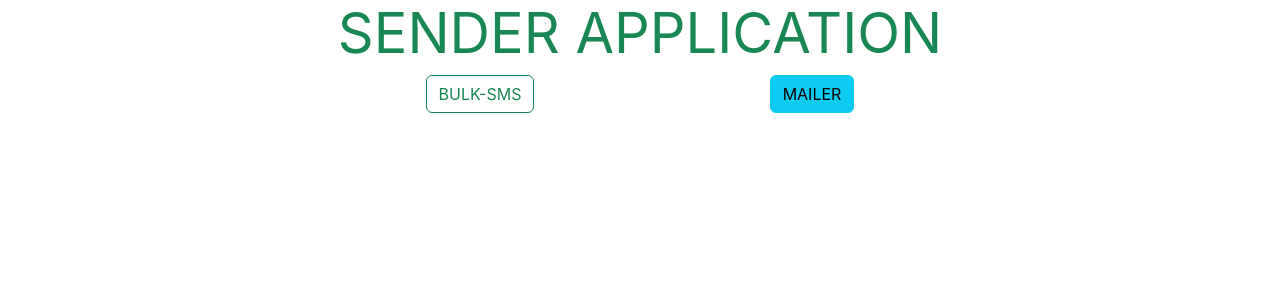
Repository: oluwaseyi9325/react-redux
Page: /mailer
An editor plug-in stored every save of this project. The page is shown before and after the next save, followed by the edit.
The browser window is 1280 px wide. The pictures show the whole page.
The project was rebuilt for these pictures with package versions that can differ from the ones it lists, and the page was loaded fresh each time. Also part of the build but not shown: src/Pages/Index.tsx, src/Pages/NotFond.tsx.

Above is the page before, as saved 2023-04-18 17:18:16.

### public/index.html
<!DOCTYPE html>
<html lang="en">

<head>
  <meta charset="utf-8" />
  <link rel="icon" href="%PUBLIC_URL%/favicon.ico" />
  <meta name="viewport" content="width=device-width, initial-scale=1" />
  <meta name="theme-color" content="#000000" />
  <meta name="description" content="Web site created using create-react-app" />
  <link rel="apple-touch-icon" href="%PUBLIC_URL%/logo192.png" />
  <link rel="manifest" href="%PUBLIC_URL%/manifest.json" />
  <link href="https://cdn.jsdelivr.net/npm/bootstrap@5.2.3/dist/css/bootstrap.min.css" rel="stylesheet" integrity="sha384-rbsA2VBKQhggwzxH7pPCaAqO46MgnOM80zW1RWuH61DGLwZJEdK2Kadq2F9CUG65" crossorigin="anonymous">
  <script src="https://cdn.jsdelivr.net/npm/bootstrap@5.2.3/dist/js/bootstrap.bundle.min.js" integrity="sha384-kenU1KFdBIe4zVF0s0G1M5b4hcpxyD9F7jL+jjXkk+Q2h455rYXK/7HAuoJl+0I4" crossorigin="anonymous"></script>
  <link rel="stylesheet" href="https://cdn.jsdelivr.net/npm/bootstrap-icons@1.10.3/font/bootstrap-icons.css">
  <title>SMS SENDER</title>
</head>

<body>
  <noscript>You need to enable JavaScript to run this app.</noscript>
  <div id="root"></div>
</body>

</html>

### src/index.tsx
import React from 'react';
import ReactDOM from 'react-dom/client';
import './index.css';
import App from './App';
import reportWebVitals from './reportWebVitals';
import { BrowserRouter } from 'react-router-dom';

const root = ReactDOM.createRoot(
  document.getElementById('root') as HTMLElement
);
root.render(
  <React.StrictMode>
    <BrowserRouter>
    <App />

    </BrowserRouter>
  </React.StrictMode>
);

// If you want to start measuring performance in your app, pass a function
// to log results (for example: reportWebVitals(console.log))
// or send to an analytics endpoint. Learn more: https://bit.ly/CRA-vitals
reportWebVitals();

### src/App.tsx
import React from 'react'
import { Route, Router, Routes } from 'react-router-dom'
import Index from './Pages/Index'
import Mailer from './Pages/Mailer'
import NotFond from './Pages/NotFond'

const App = () => {

  return (
    <>
    <Routes>
      <Route path='/' element={<Index/>} />
      <Route path='/mailer' element={<Mailer/>} />
      <Route path='*' element={<NotFond/>}/>
    </Routes>
    </>
  )
}

export default App

### src/Pages/Mailer.tsx
import React from 'react'
import NavBar from '../Components/NavBar'

const Mailer = () => {
  return (
    <div>
      <NavBar/>
    </div>
  )
}

export default Mailer

### src/Components/NavBar.tsx
import React from 'react'

const NavBar = () => {
  return (
    <>

      <div className='text-center col-6 mx-auto'>
        <h4 className='text-success display-4'><b>SENDER APPLICATION</b></h4>
        <div className='gap-4 d-flex justify-content-around'>
            <button className='btn btn-outline-success'>BULK-SMS</button>
            <button className='btn btn-info'>MAILER</button>
        </div>
      </div>

    </>
  )
}

export default NavBar

Loaded but not shown: src/index.css (common file); src/reportWebVitals.ts (common file)

After the next save:
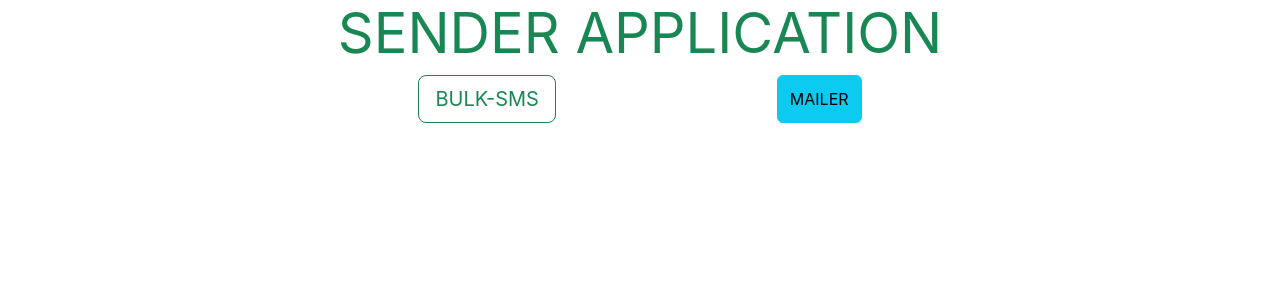
Saved 9 s later.
--- a/src/Components/NavBar.tsx
+++ b/src/Components/NavBar.tsx
@@ -7,7 +7,7 @@ const NavBar = () => {
       <div className='text-center col-6 mx-auto'>
         <h4 className='text-success display-4'><b>SENDER APPLICATION</b></h4>
         <div className='gap-4 d-flex justify-content-around'>
-            <button className='btn btn-outline-success'>BULK-SMS</button>
+            <button className='btn btn-outline-success btn-lg'>BULK-SMS</button>
             <button className='btn btn-info'>MAILER</button>
         </div>
       </div>
